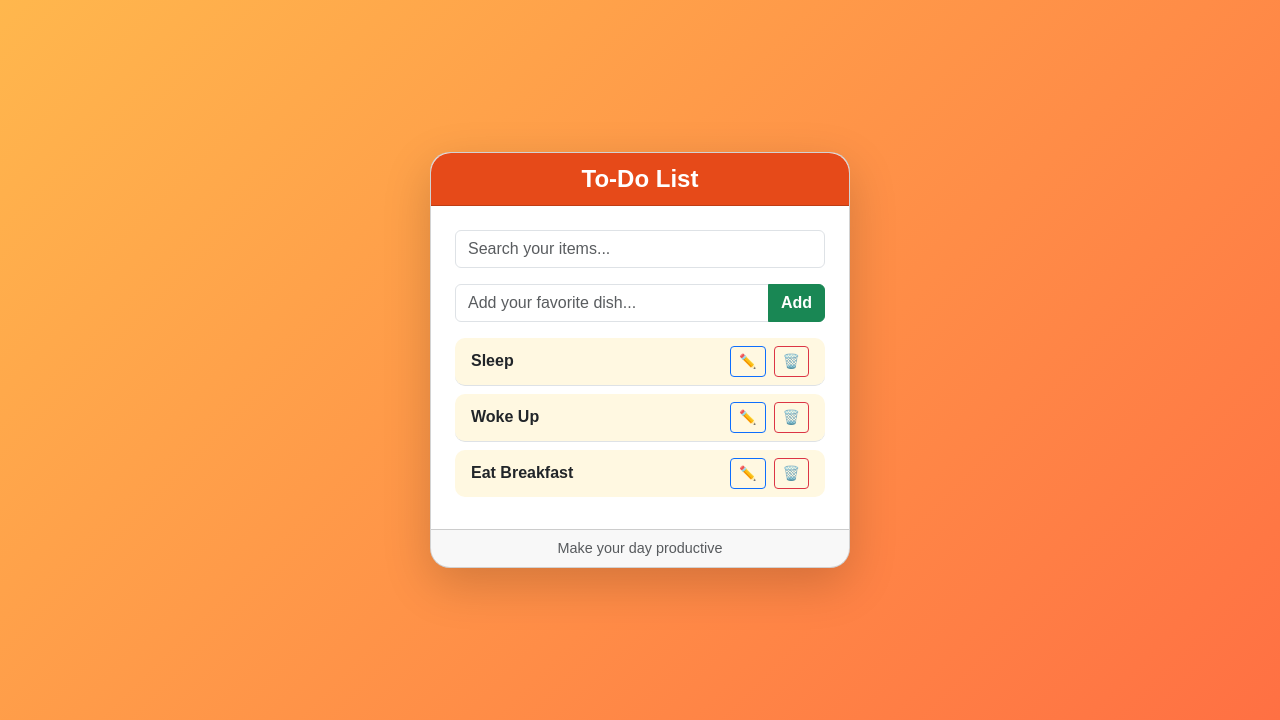
Repository: Dredphoenix/react-todo-app
Page: /
These files come from the project's save history. The page is drawn as it stood at one moment and after the next save; the edit follows.
The browser window is 1280 px wide. The pictures show the whole page.
The page's requests for data from a server got no answer. The project was rebuilt for these pictures with package versions that can differ from the ones it lists, and the page was loaded fresh each time. No one was signed in, and anything a server would have sent is missing. Also part of the build but not shown: vite.config.js.

Above is the page before, as saved 2025-09-29 09:56:33.

### src/App.jsx
import React from 'react';
import { BrowserRouter as Router, Routes, Route, Navigate } from 'react-router-dom';
import Home from './pages/Home';

function App() {


  return (
    <Home/>
  );
}

export default App;

### src/pages/Home.jsx
import React, { Component, useState ,useEffect} from "react";
import "bootstrap/dist/css/bootstrap.min.css";
import axios from "axios";

const Home = () => {
 const [items, setItems] = useState(["Sleep", "Woke Up", "Eat Breakfast"]);
  const [input, setInput] = useState("");
  const [editIndex, setEditIndex] = useState(-1);
  const [search, setSearch] = useState("");

  // Handle Add / Edit
  const handleAdd = () => {
    const trimmed = input.trim();

    if (!trimmed) {
      alert("Please enter a valid input");
      return;
    }

    const isExist = items.find(
      (item) => item.toLowerCase() === trimmed.toLowerCase()
    );

    if (isExist && editIndex === -1) {
      alert("List item already exists");
      return;
    }

    if (editIndex === -1) {
      setItems([...items, trimmed]);
    } else {
      const updated = [...items];
      updated[editIndex] = trimmed;
      setItems(updated);
      setEditIndex(-1);
    }

    setInput("");
  };

  // Delete item
  const handleDelete = (index) => {
    const updated = items.filter((_, i) => i !== index);
    setItems(updated);
  };

  // Edit item
  const handleEdit = (index) => {
    setInput(items[index]);
    setEditIndex(index);
  };

  // Search filter
  const filteredItems = items.filter((item) =>
    item.toLowerCase().includes(search.toLowerCase())
  );

  // Add using Enter key
  const handleEnter = (e) => {
    if (e.key === "Enter") handleAdd();
  };

  useEffect(() => {
    axios
      .get("http://localhost:5000/lists")
      .then((response) => {
        console.log("Response >>>>>>>>>>", response.data);
        if (response.data.success && Array.isArray(response.data.data)) {
          const serverItems = response.data.data.map((item) => item.action);
          setItems(serverItems);
        }
      })
      .catch((error) => {
        console.log("Error >>>>>>", error);
      });
  }, []);





  return (
    <div
      className="min-vh-100 d-flex align-items-center justify-content-center"
      style={{
        background: "linear-gradient(135deg, #FFB74D, #FF7043)",
        fontFamily: "Poppins, sans-serif",
      }}
    >
      <div className="card shadow-lg" style={{ width: "420px", borderRadius: "20px" }}>
        <div
          className="card-header text-center text-white fw-bold"
          style={{
            backgroundColor: "#E64A19",
            borderTopLeftRadius: "20px",
            borderTopRightRadius: "20px",
            fontSize: "1.5rem",
          }}
        >
          To-Do List
        </div>

        <div className="card-body p-4">
          <div className="input-group mb-3">
            <input
              type="text"
              className="form-control"
              placeholder="Search your items..."
              value={search}
              onChange={(e) => setSearch(e.target.value)}
            />
          </div>


          <div className="input-group mb-3">
            <input
              type="text"
              className="form-control"
              placeholder={editIndex === -1 ? "Add your favorite dish..." : "Edit item..."}
              value={input}
              onChange={(e) => setInput(e.target.value)}
              onKeyDown={handleEnter}
            />
            <button
              className={`btn ${editIndex === -1 ? "btn-success" : "btn-primary"} fw-bold`}
              onClick={handleAdd}
            >
              {editIndex === -1 ? "Add " : "Update ✏️"}
            </button>
          </div>


          {filteredItems.length === 0 ? (
            <p className="text-center text-muted fst-italic">
              🥗 Nothing to show...
            </p>
          ) : (
            <ul className="list-group list-group-flush">
              {filteredItems.map((item, index) => (
                <li
                  key={index}
                  className="list-group-item d-flex justify-content-between align-items-center"
                  style={{
                    borderRadius: "10px",
                    background: "#FFF8E1",
                    marginBottom: "8px",
                  }}
                >
                  <span className="fw-semibold">{item}</span>
                  <div>
                    <button
                      className="btn btn-sm btn-outline-primary me-2"
                      onClick={() => handleEdit(index)}
                    >
                      ✏️
                    </button>
                    <button
                      className="btn btn-sm btn-outline-danger"
                      onClick={() => handleDelete(index)}
                    >
                      🗑️
                    </button>
                  </div>
                </li>
              ))}
            </ul>
          )}
        </div>

        <div
          className="card-footer text-center text-muted"
          style={{
            fontSize: "0.9rem",
            borderBottomLeftRadius: "20px",
            borderBottomRightRadius: "20px",
          }}
        >
          Make your day productive
        </div>
      </div>
    </div>
  );
};

export default Home;

Loaded but not shown: src/main.jsx (common file); src/index.css (no stored copy; drawn as an empty file)

After the next save:
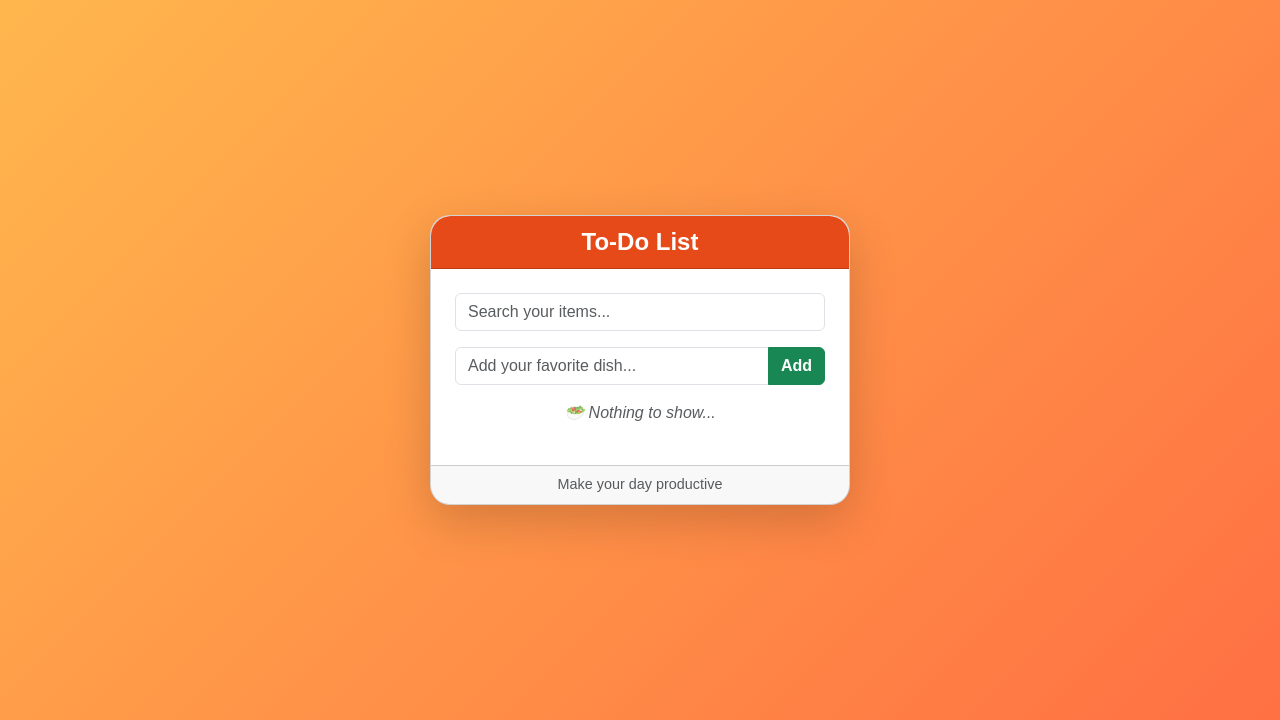
Saved 2 min 1 s later.
--- a/src/pages/Home.jsx
+++ b/src/pages/Home.jsx
@@ -3,7 +3,7 @@ import "bootstrap/dist/css/bootstrap.min.css";
 import axios from "axios";
 
 const Home = () => {
- const [items, setItems] = useState(["Sleep", "Woke Up", "Eat Breakfast"]);
+ const [items, setItems] = useState([]);
   const [input, setInput] = useState("");
   const [editIndex, setEditIndex] = useState(-1);
   const [search, setSearch] = useState("");
